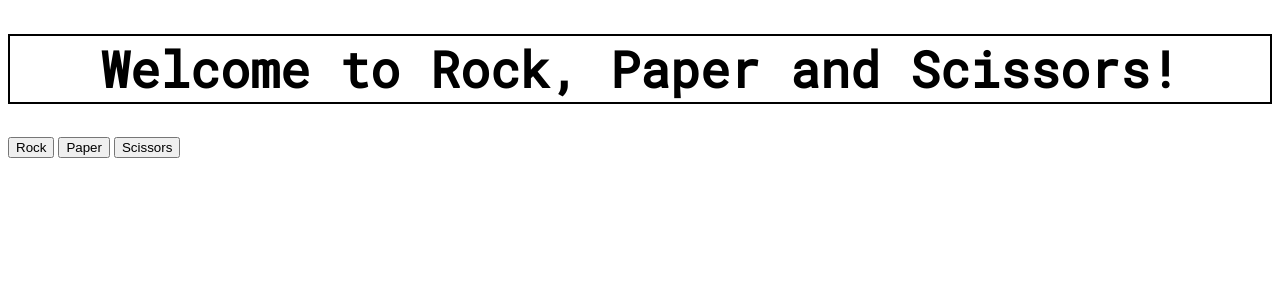
Repository: Ascendrospyder/rock-paper-scissors
Page: app.html
The author's editor kept a copy of each file at every save. The page is drawn from the files as they stood at one save, then again after a run of saves.
The browser window is 1280 px wide. The pictures show the whole page.

Above is the page before, as saved 2022-12-21 01:25:02.

After the next 3 saves:
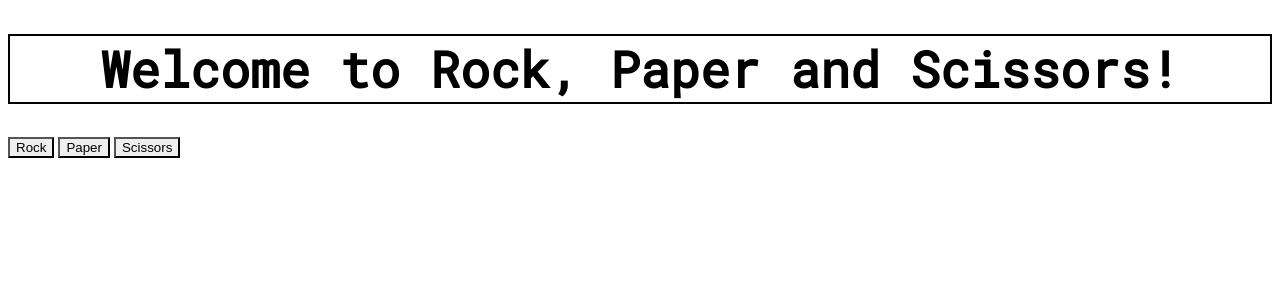
The 3 saves are shown as one change because they came seconds apart.
The last was saved 9 s later.
--- a/style.css
+++ b/style.css
@@ -1,5 +1,5 @@
 * {
-    backgro
+    background-image: url()
 }
 
 .title {

After the 5 saves that followed:
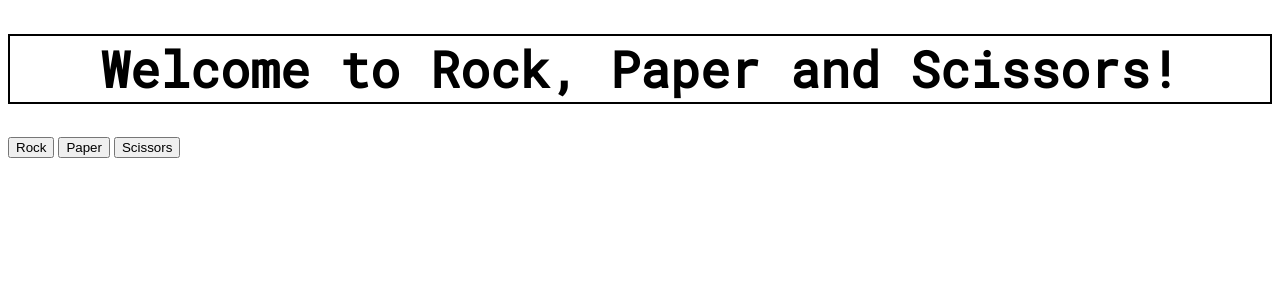
The 5 saves are shown as one change because 3 left the picture as it was and some came seconds apart.
The last was saved 84 s later.
--- a/style.css
+++ b/style.css
@@ -1,5 +1,5 @@
 * {
-    background-image: url()
+    background-image: url(wallpaperflare.com_wallpaper(1).)
 }
 
 .title {
